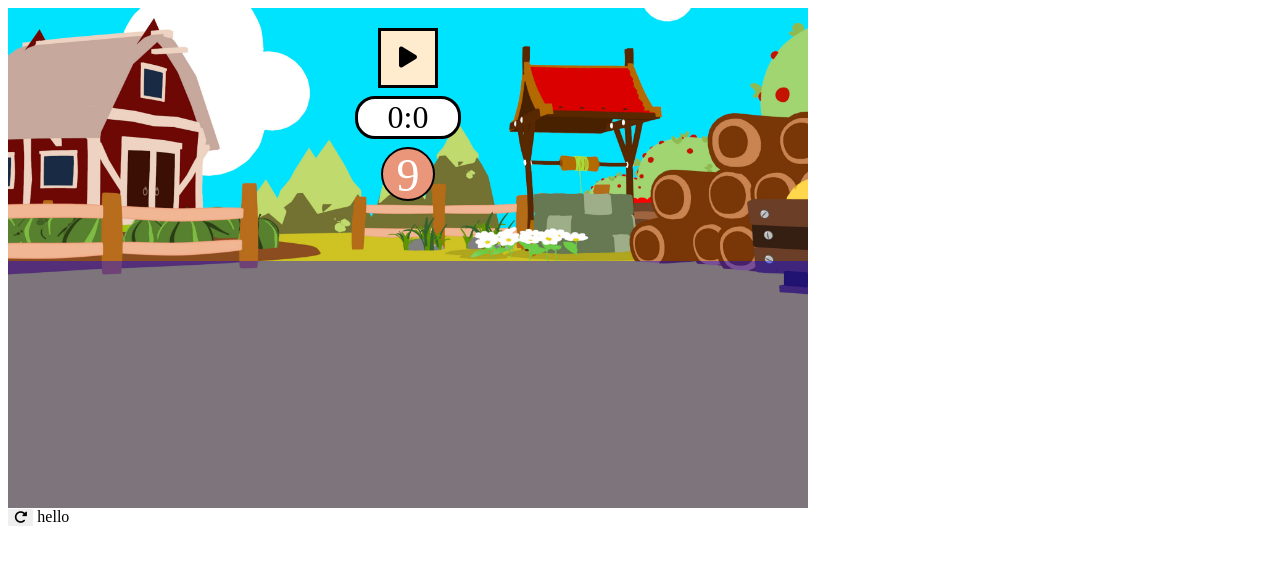
Repository: ggandory/browser101
Page: chapter7/carrot/index.html
The author's editor kept a copy of each file at every save. The page is drawn from the files as they stood at one save, then again after the next save.
The browser window is 1280 px wide. The pictures show the whole page.
Some web libraries are served in a nearby version.

Above is the page before, as saved 2024-05-01 22:57:07.

After the next save:
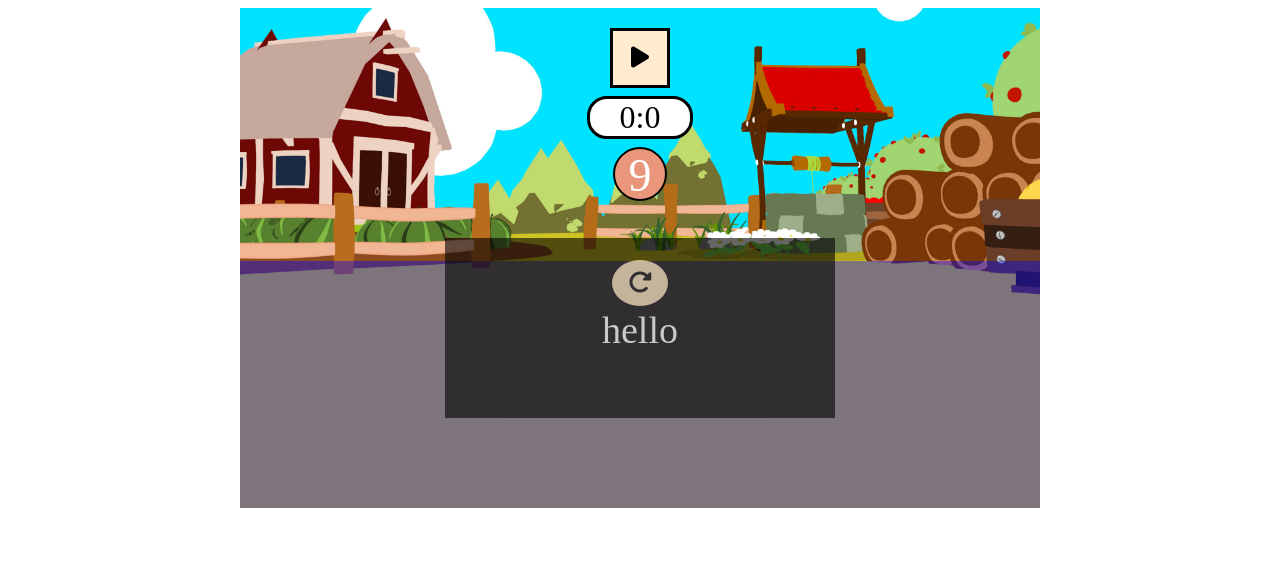
Saved 9 min 17 s later.
--- a/chapter7/carrot/style.css
+++ b/chapter7/carrot/style.css
@@ -2,6 +2,10 @@ button {
   border: none;
   outline: none;
   cursor: pointer;
+}
+
+body {
+  text-align: center;
 }
 
 .game {
@@ -9,6 +13,7 @@ button {
   flex-direction: column;
   width: 800px;
   height: 500px;
+  margin: auto;
   background: url(img/background.png) center/cover;
 }
 
@@ -47,7 +52,7 @@ button {
   font-size: 46px;
   color: white;
   background-color: darksalmon;
-  border-radius: 50%;
+  border-radius: 50%; /*둥글게 만들기*/
   margin-top: 8px;
   border: 2px solid black;
 }
@@ -59,3 +64,29 @@ button {
   background-color: blue;
   opacity: 0.4;
 }
+
+.pop-up {
+  width: 350px;
+  height: 140px;
+  padding: 20px;
+  background-color: black;
+  color: white;
+  opacity: 0.6;
+  text-align: center;
+  margin: auto;
+  transform: translateY(-150%);
+}
+.pop-up_refresh {
+  width: 60px;
+  height: 50px;
+  font-size: 24px;
+  background-color: wheat;
+  border: 2px solid black;
+
+  border-radius: 50%;
+}
+
+.pop-up_message {
+  display: block; /*다음줄에 나오게 하려고*/
+  font-size: 38px;
+}
